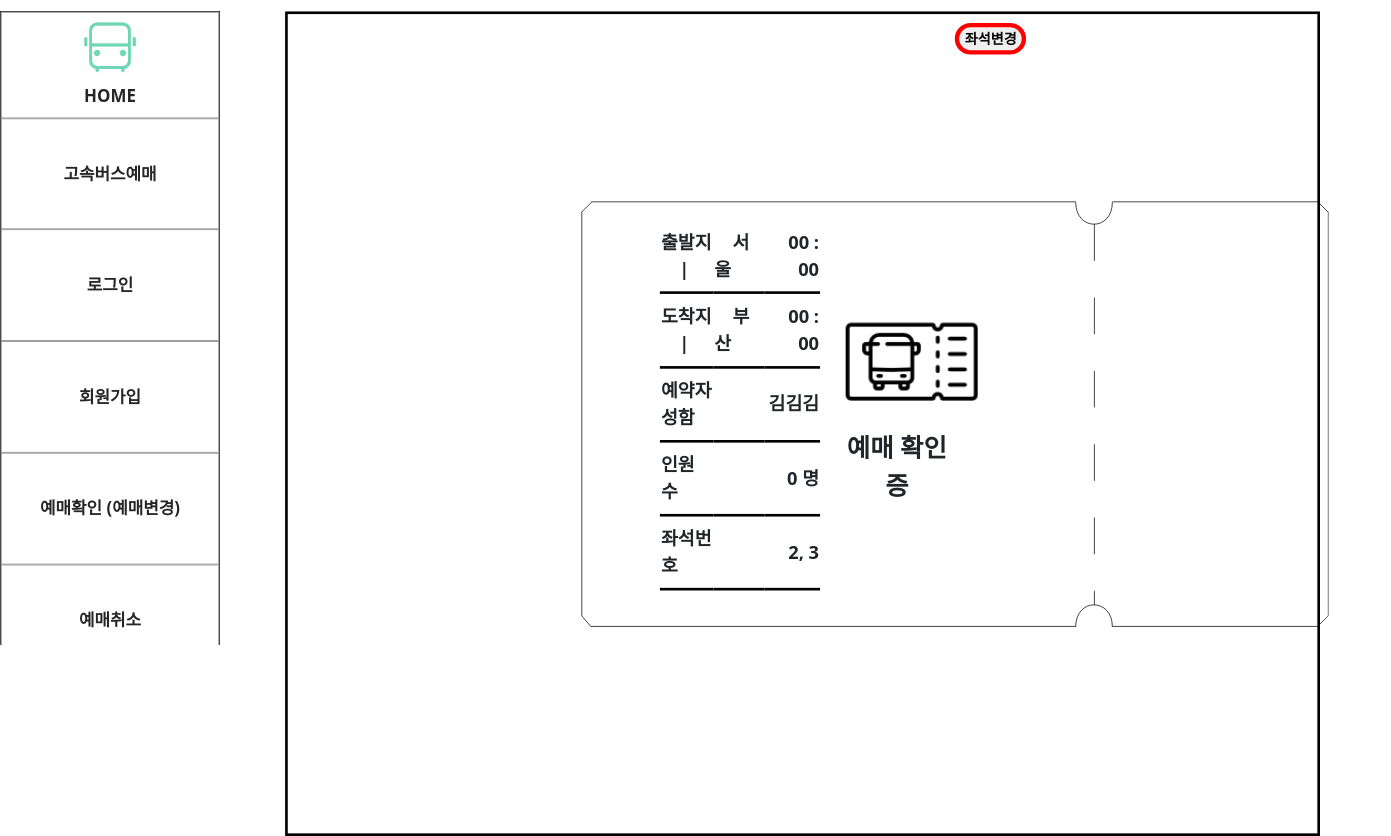
Repository: rudqhd79/spring_personal
Page: http://localhost/reservation/check
An editor plug-in stored every save of this project. The page is shown before and after a run of saves, followed by the edit.
The browser window is 1280 px wide. The page is 1510 px wide, then 1581 px, so the pictures cover 1581 px, including what lies to the right of the window. The pictures show the whole page, at 88% of full size.
The page is this project's Thymeleaf template; nobody is signed in. The template is opened directly, without the code that normally fills it, so the values that code supplies are empty.

Above is the page before, as saved 2023-02-03 07:37:42.

After the next 2 saves:
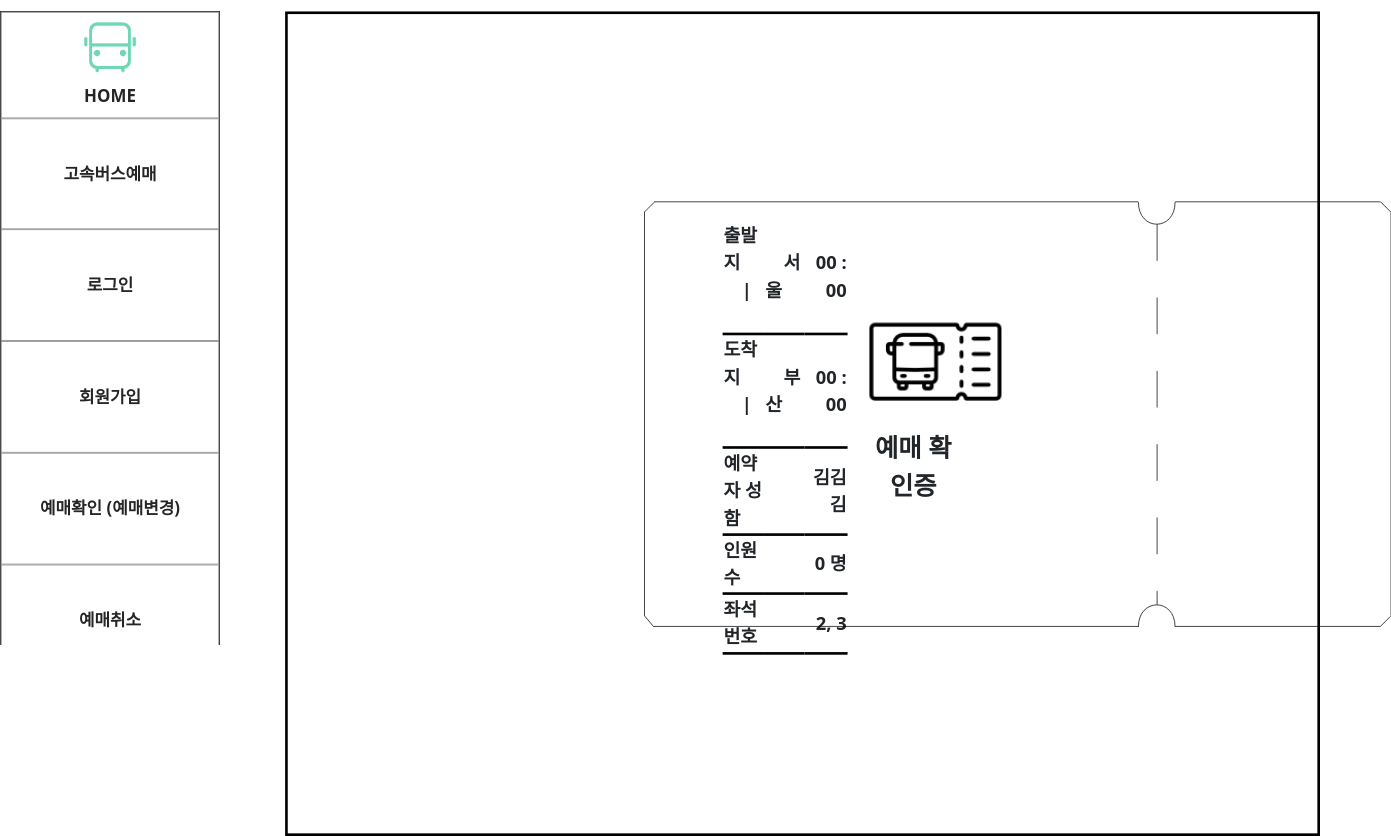
The 2 saves are shown as one change because they came seconds apart.
The last was saved 41 s later.
--- a/bus-reservation/src/main/resources/templates/reservation/check.html
+++ b/bus-reservation/src/main/resources/templates/reservation/check.html
@@ -73,7 +73,6 @@
 						<p>예매 확인증</p>
 					</div>
 				</div>
-				<span><input type="submit" value="좌석변경" style="font-weight: bold; border: 5px solid red; border-radius: 30px;" /></span>
 			</form>
 		</div>
 	</div>
